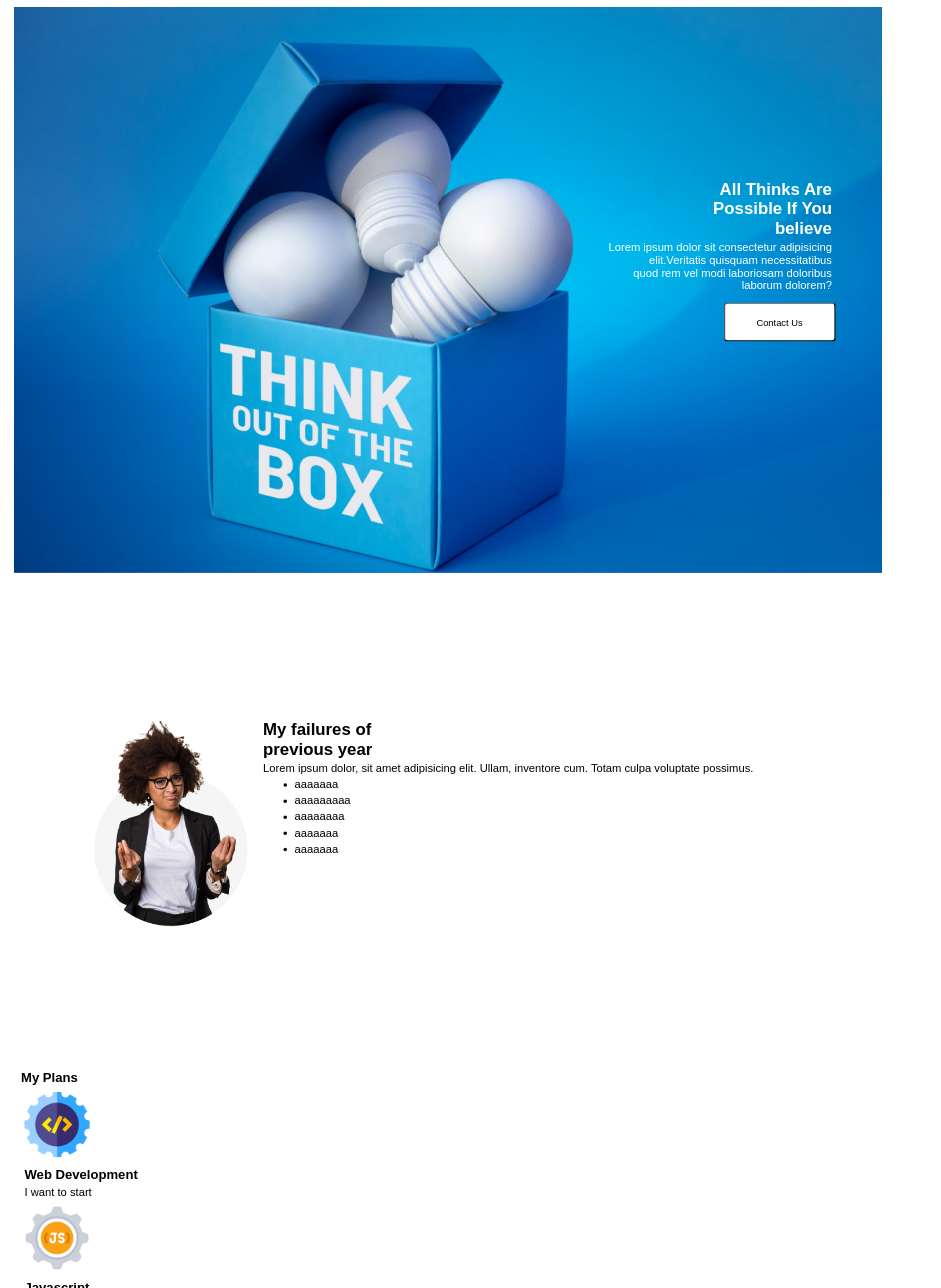
Repository: sadiaafsana138/All-Thinks-Are-Possible-Website
Page: index.html
The author's editor kept a copy of each file at every save. The page is drawn from the files as they stood at one save, then again after the next save.
The browser window is 1280 px wide. The page is 1344 px wide, so the pictures cover 1344 px, including what lies to the right of the window. The pictures show the part of the page from y = 0 to 1840 px (the page is 3446 px tall), at 70% of full size.

Above is the page before, as saved 2023-01-08 10:43:38.

### index.html
<!DOCTYPE html>
<html lang="en">

<head>
    <meta charset="UTF-8">
    <meta http-equiv="X-UA-Compatible" content="IE=edge">
    <meta name="viewport" content="width=device-width, initial-scale=1.0">
    <title>First Website</title>
    <link rel="stylesheet" href="styles/web.css">
</head>

<body>
    <!-- header -->
    <header>
        <section class="section1">
            <div>
                <h1 id="head-text1">
                    All Thinks Are<br>Possible If You<br>believe
                </h1>
                <p id="head-text2" >Lorem ipsum dolor sit consectetur adipisicing<br>elit.Veritatis quisquam necessitatibus <br>quod rem vel modi laboriosam doloribus<br>laborum dolorem?
                </p>
                <button id="button1">
                    Contact Us
                </button>
            </div>
        </section>
    </header>
    <main>
        <!--second section-->
        <section class="section2">
            <div id="sec2details">
                <img id="sec2img" src="images/person.png" alt="person">
                <div id="sec2text">
                    <h2>
                        My failures of <br>
                        previous year
                    </h2>
                    <p>
                        Lorem ipsum dolor, sit amet adipisicing
                        elit. Ullam, inventore cum. Totam culpa voluptate possimus.
                    </p>
                    <ul>
                        <li>aaaaaaa</li>
                        <li>aaaaaaaaa</li>
                        <li>aaaaaaaa</li>
                        <li>aaaaaaa</li>
                        <li>aaaaaaa</li>
                    </ul>
                </div>
            </div>
        </section>

        <!--section 3-->
        <section>
            <div>
                <h3>
                    My Plans
                </h3>
                <div>
                    <img src="images/icons/web.png" alt=""><br>
                    <H3>Web Development</H3>
                    <p>I want to start</p>
                </div>
                <div>
                    <img src="images/icons/js.png" alt=""><br>
                    <H3>Javascript</H3>
                    <p>I want to learn</p>
                </div>
                <div>
                    <img src="images/icons/smoke.png" alt=""><br>
                    <H3>smoking habit</H3>
                    <p>I want to end</p>
                </div>
                <div>
                    <img src="images/icons/ecom.png" alt=""><br>
                    <H3>E-commerce</H3>
                    <p>I want to develop</p>
                </div>
            </div>
            <div>
                <img src="images/watch.png" alt="">
                <img src="images/gradient1.png" alt="">
                <div>
                    <h3>Always Keep positive Mindset</h3><br>
                    <button>Call now</button>
                </div>
            </div>
        </section>

    </main>
    <footer>
        <Section>
            <div>
                <h2>Future</h2><br>
                <p>Lorem ipsum dolor sit amet consectetur adipisicing elit. Totam ullam accusamus sequi dolor dolores,
                    suscipit dignissimos aut doloribus officiis explicabo distinctio dolore, quo perspiciatis odio magni
                    at tempore neque reiciendis.
                </p><br>
                <p>Email: XXXXXX@gmail.com</p><br>
                <P>phone-no: 01516656595</P><br>
                <ul>
                    <li><img src="images/icons/fb.png" alt=""></li>
                    <li><img src="images/icons/youtube.png" alt=""></li>
                    <li><img src="images/icons/twitter.png" alt=""></li>
                </ul>
            </div>
            <div>
                <h3>subscribe</h3><br>
                <input type="email" plavceholder="Enter Your Email"><br>
                <button>subscribe here</button>
            </div>
        </Section>
    </footer>
</body>

</html>

### styles/web.css
*{
margin: 5px 5px ;
font-family: Arial, Helvetica, sans-serif;
}
.section1{
    background-image:url(../images/banner/banner3.png);
    height: 808px;
    width:cover;
    background-repeat: no-repeat;
    background-color: blue;

}
#head-text1{
    color: white;
    padding-left: 50% ;
    padding-right:5%;
    padding-top: 20%;
    text-align: right;
    Font-style: Bold;
}
#head-text2{
    color: white;
    padding-left: 50% ;
    padding-right:5%;
    text-align: right;
}
#button1{
    margin-top: 10px;
    width: 160px;
    height: 56px;
    left: 640px;
    top: 438px;
    text-align: center;
    align-items: right;
    background: white;
    border-radius: 5px;
    margin-right: 150px;
    margin-left: 82%;
    align-content: right;
}
#sec2details{
    display: flex;
    width: 1000px;
    height: 700px;
    margin-left: 100px;
    margin-right: 100px;
}
#sec2img{
    align-items: center;
    margin-top: 20%;
    margin-bottom:20%;
}
#sec2text{
        text-align: justify;
        align-items: center;
        margin-top: 20%;
        margin-bottom: 20%;
}

After the next save:
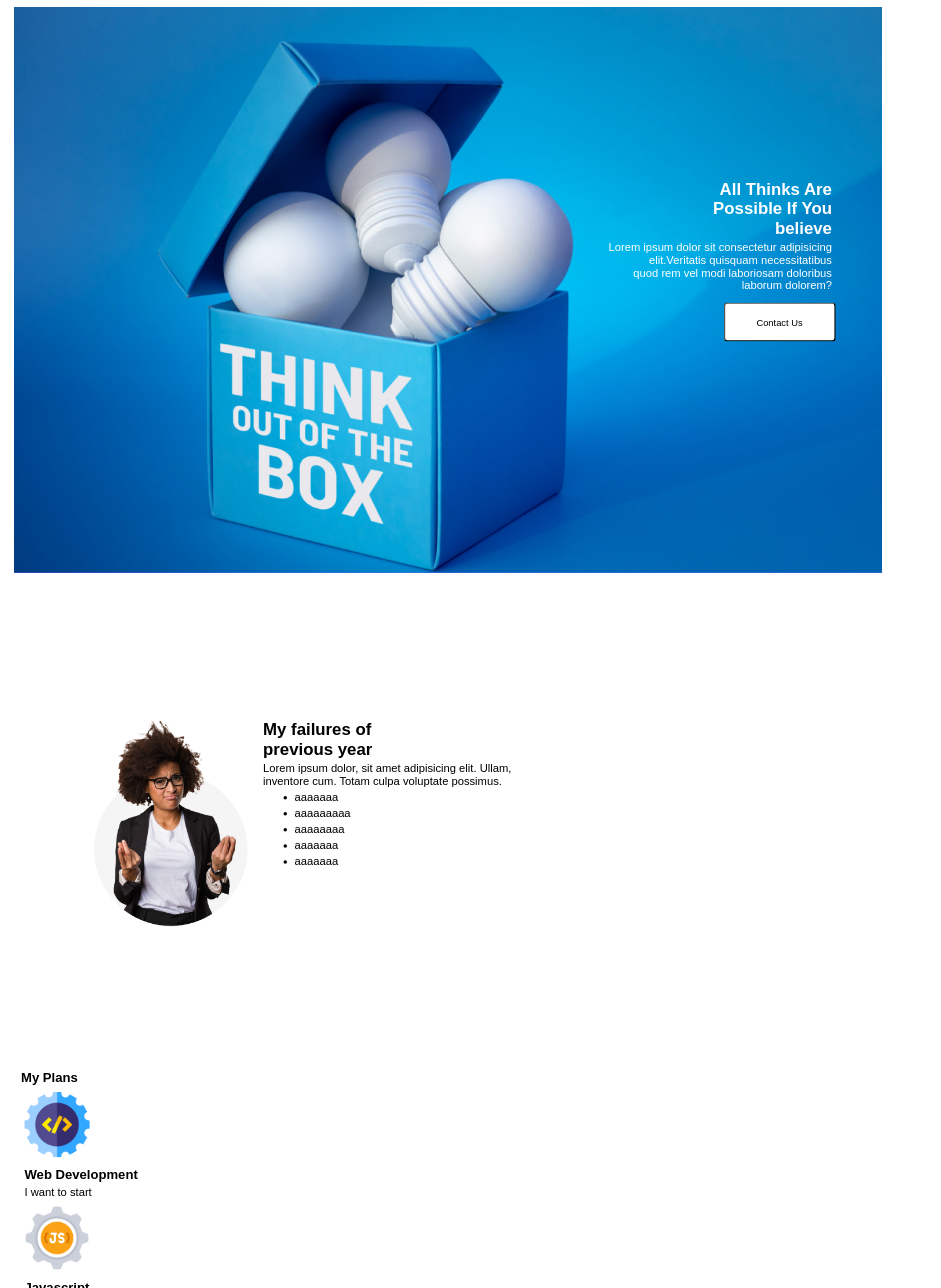
Saved 2 min 22 s later.
--- a/index.html
+++ b/index.html
@@ -37,7 +37,7 @@
                     </h2>
                     <p>
                         Lorem ipsum dolor, sit amet adipisicing
-                        elit. Ullam, inventore cum. Totam culpa voluptate possimus.
+                        elit. Ullam,<br> inventore cum. Totam culpa voluptate possimus.
                     </p>
                     <ul>
                         <li>aaaaaaa</li>
